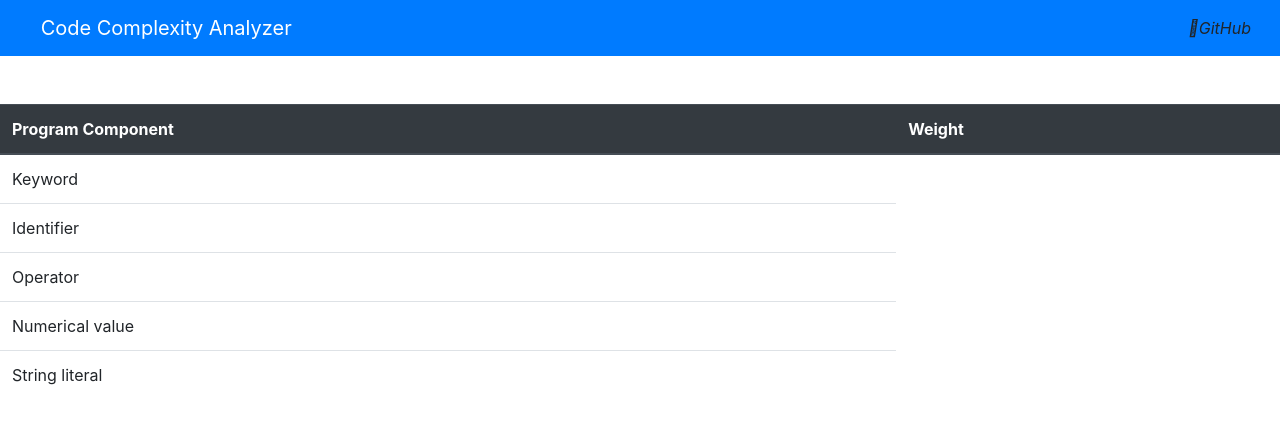
Repository: DinuwanB/Code-Complexity-Analyzer
Page: http://localhost/ITPM/Weight.jsp
These files come from the project's save history. The page is drawn as it stood at one moment and after the next save; the edit follows.
The browser window is 1280 px wide. The pictures show the whole page.
The page is served by Tomcat 9.

Above is the page before, as saved 2020-05-21 12:37:53.

After the next save:
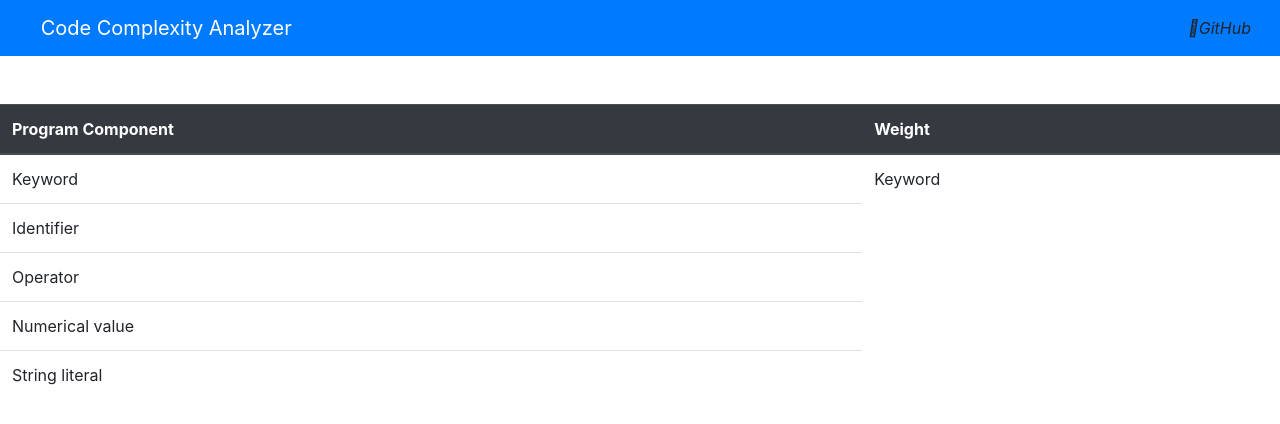
Saved 4 min 28 s later.
--- a/ITPM/src/main/webapp/Weight.jsp
+++ b/ITPM/src/main/webapp/Weight.jsp
@@ -37,6 +37,7 @@
   <tbody>
     <tr>
       <td>Keyword</td>
+      <td>Keyword</td>
     </tr>
     <tr>
      <td>Identifier</td>

After the save that followed:
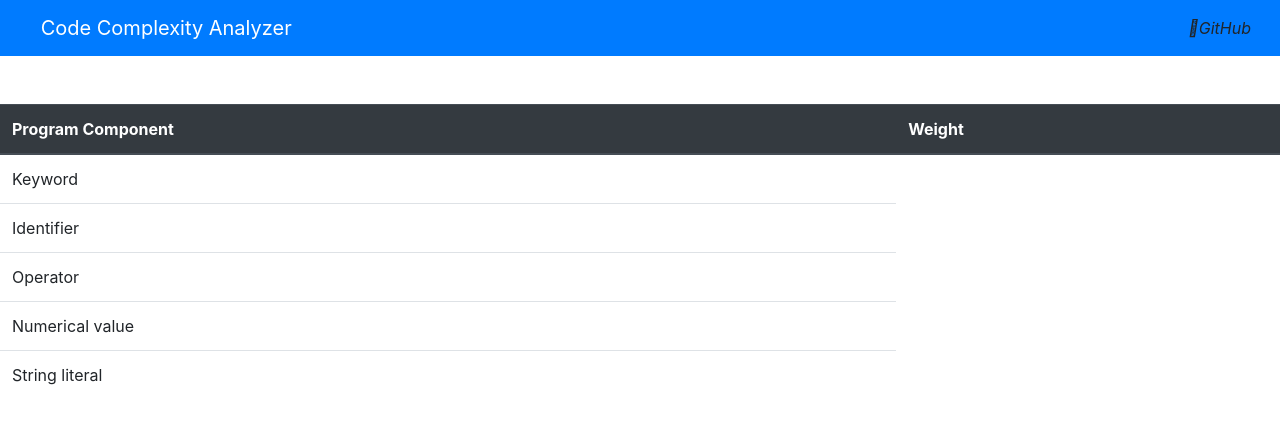
Saved 95 s later.
--- a/ITPM/src/main/webapp/Weight.jsp
+++ b/ITPM/src/main/webapp/Weight.jsp
@@ -37,7 +37,6 @@
   <tbody>
     <tr>
       <td>Keyword</td>
-      <td>Keyword</td>
     </tr>
     <tr>
      <td>Identifier</td>
